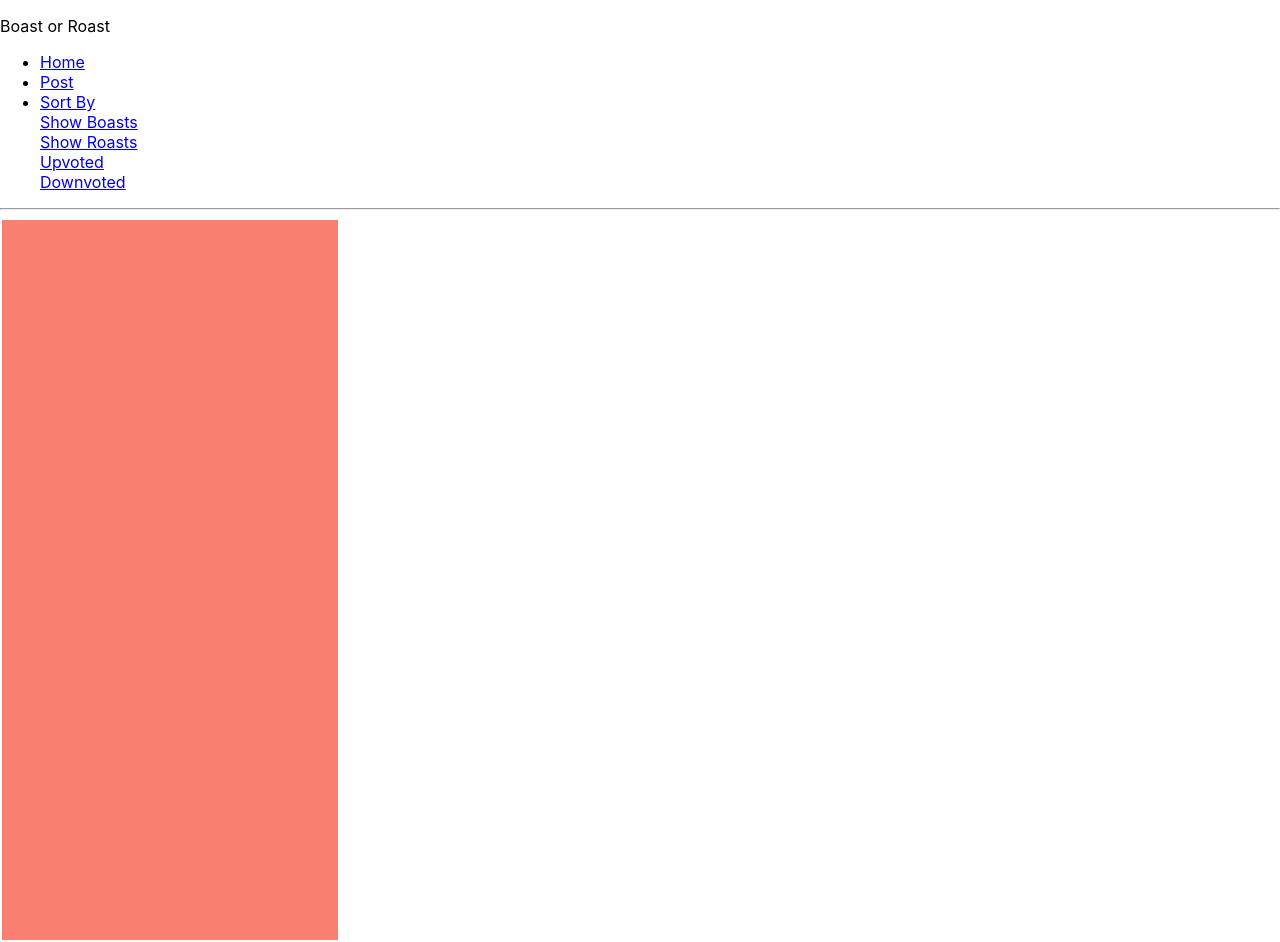
Repository: Imraj423/GhostPost_front-end
Page: /
The author's editor kept a copy of each file at every save. The page is drawn from the files as they stood at one save, then again after the next save.
The browser window is 1280 px wide. The pictures show the whole page.
The page's requests for data from a server got no answer. The project was rebuilt for these pictures with package versions that can differ from the ones it lists, and the page was loaded fresh each time. No one was signed in, and anything a server would have sent is missing. Also part of the build but not shown: src/components/CreatePost/post.js, src/components/Form/form.js.

Above is the page before, as saved 2020-04-03 10:07:43.

### src/App.js
import React, { Component } from "react";
import PostList from "./components/PostView/postlist";
import Form from "./components/Form/form";
import Main from "./components/Home/main";
import { Route } from "react-router-dom";

class App extends Component {
  state = {
    ghostpost: [],
    input: "",
    boast: ""
  };
  componentDidMount() {
    fetch("http://localhost:8000/api/ghostpost/")
      .then(res => {
        return res.json();
      })
      .then(data => {
        this.setState({ ghostpost: data });
      });
  }

  handleChange = event => {
    this.setState({ input: event.target.value });
  };

  render() {
    return (
      <React.Fragment>
        <Route exact path="/" render={() => <Main />} />
        <Route exact path="/form" render={() => <Form />} />

        <Route
          exact
          path="/boasts"
          render={() => (
            <PostList
              ghostpost={this.state.ghostpost.filter(
                posts => posts.is_Boast === true
              )}
            />
          )}
        />

        <Route
          exact
          path="/roasts"
          render={() => (
            <PostList
              ghostpost={this.state.ghostpost.filter(
                posts => posts.is_Boast === false
              )}
            />
          )}
        />

        <Route
          exact
          path="/upvotes"
          render={() => (
            <PostList
              ghostpost={this.state.ghostpost.sort((x, y) => {
                return y.total_count - x.total_count;
              })}
            />
          )}
        />

        <Route
          exact
          path="/downvotes"
          render={() => (
            <PostList
              ghostpost={this.state.ghostpost.sort((x, y) => {
                return x.total_count - y.total_count;
              })}
            />
          )}
        />
      </React.Fragment>
    );
  }
}

export default App;

### src/components/PostView/postlist.js
import React, { Component } from 'react';
import Post from '../CreatePost/post';
import Navi from '../NavBar/nav';
import { Container, Card } from 'react-bootstrap';
import './styles.scss'


export default class PostList extends Component {

    render() {
        return (
            <Container >
                <Navi />
                <Card className="box">
                <Card.Body>
                {this.props.ghostpost.map(messages =>
                    <Post
                    id={messages.id}
                    message={messages.message}
                    time={messages.time}
                    total_count={messages.total_count}
                    />
                )}
                </Card.Body>
                </Card>

            </Container>
        )
    }
}

### src/components/Home/main.js
import React from 'react';
import PostList from "../PostView/postlist";

export default class Main extends React.Component {
      state = {
            ghostpost: [],
            input: "",
            boast: ""
          };
          componentDidMount() {
              fetch("http://localhost:8000/api/ghostpost/")
                .then(res => {
                    return res.json();
                  })
                  .then(data => {
                      this.setState({ ghostpost: data });
                    });
                }

                handleChange = event => {
                    this.setState({ input: event.target.value });
                  };
            render() {
          return(
              <React.Fragment>
              <PostList ghostpost ={this.state.ghostpost}/>
              </React.Fragment>
          )
      }
    }

### src/components/NavBar/nav.js
// import React from "react";

// export default function NavPage() {

//     return (
//       <div>
//         <ul>
//           <li>
//             <a href="/">Home</a>
//           </li>
//           <li>
//             <a href="/form">Post a Boast or a Roast</a>
//           </li>
//           <li>
//             <a href="/boasts">All the Boasts</a>
//           </li>
//           <li>
//             <a href="/roasts">All the Roast</a>
//           </li>
//           <li>
//             <a href="/upvotes">Top Voted</a>
//           </li>
//           <li>
//             <a href="/downvotes">Most Downvoted</a>
//           </li>
//         </ul>
//       </div>
//     );
//   }


import React, { useState } from "react";
import {
  Nav,
  NavItem,
  NavLink,
  Dropdown,
  DropdownItem,
  dropdownOpen,
  DropdownToggle,
  DropdownMenu
} from "reactstrap";

const Navi = props => {
  const [dropdownOpen, setDropdownOpen] = useState(false);

  const toggle = () => setDropdownOpen(prevState => !prevState);
  return (
    <div>
      <p>Boast or Roast</p>
      <Nav>
        <NavItem>
          <NavLink href="/">Home</NavLink>
        </NavItem>
        <NavItem>
          <NavLink href="forms">Post</NavLink>
        </NavItem>
        <Dropdown nav isOpen={dropdownOpen} toggle={toggle}>
          <DropdownToggle nav caret>
            Sort By
          </DropdownToggle>
          <DropdownMenu>
            <div>
              <NavLink href="/boasts">Show Boasts</NavLink>
            </div>
            <div>
              <NavLink href="/roasts">Show Roasts</NavLink>
            </div>
            <div>
              <NavLink href="/upvotes">Upvoted</NavLink>
            </div>
            <div>
              <NavLink href="/downvotes">Downvoted</NavLink>
            </div>
          </DropdownMenu>
        </Dropdown>
      </Nav>
      <hr />
    </div>
  );
};

export default Navi;

### src/components/PostView/styles.scss
// .box {
//     background: #2B2B2B;
//     padding: 32px;
//     border: 1px solid black;
// }

.box {
    border: solid 2px white;
    padding: 40px;
    height: calc(100vh - 80px);
    width: 20vw;
    min-height: 100px;
    background: salmon;
}

Loaded but not shown: public/index.html (common file); src/index.js (common file); src/index.css (common file); src/serviceWorker.js (common file)

After the next save:
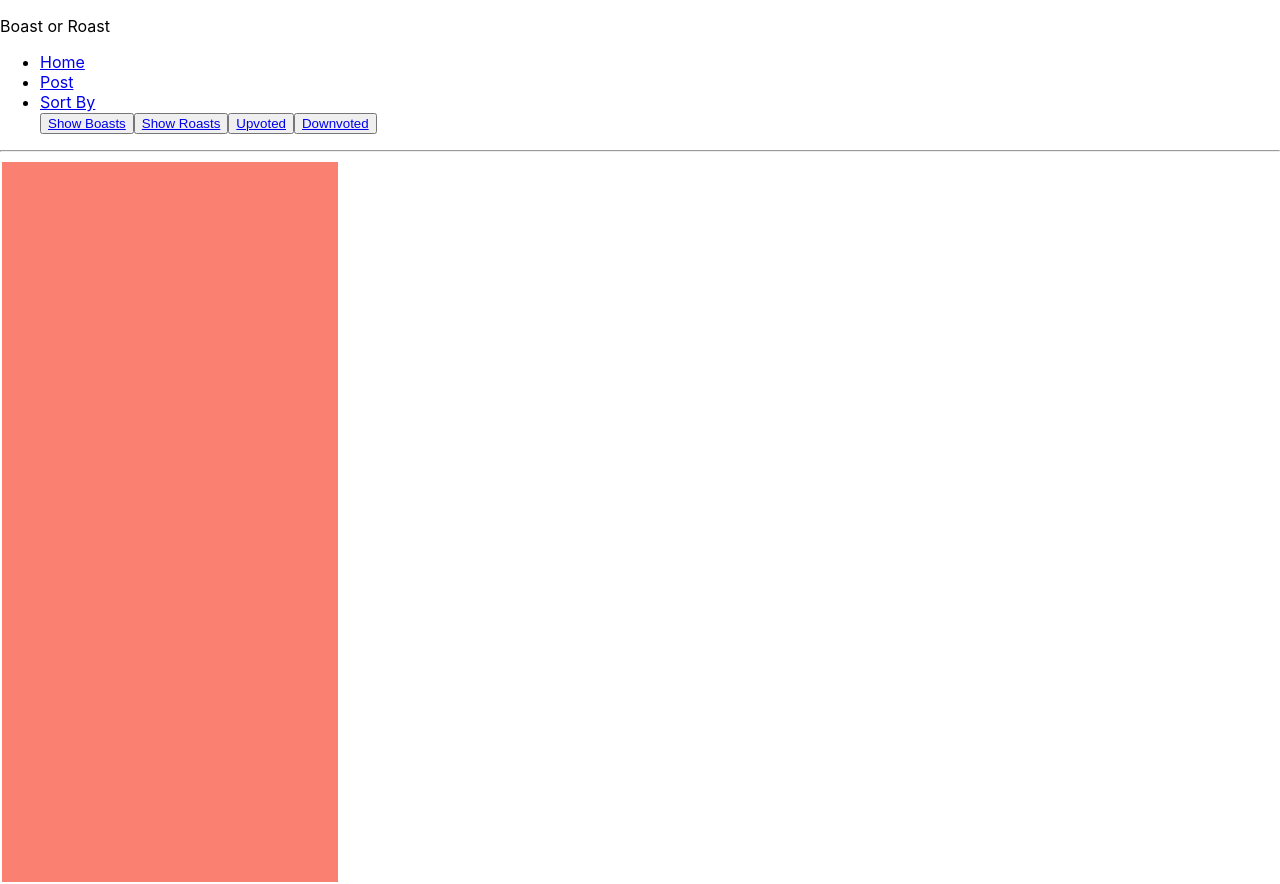
Saved 110 s later.
--- a/src/components/NavBar/nav.js
+++ b/src/components/NavBar/nav.js
@@ -60,18 +60,18 @@ const Navi = props => {
             Sort By
           </DropdownToggle>
           <DropdownMenu>
-            <div>
+            <DropdownItem>
               <NavLink href="/boasts">Show Boasts</NavLink>
-            </div>
-            <div>
+            </DropdownItem>
+            <DropdownItem>
               <NavLink href="/roasts">Show Roasts</NavLink>
-            </div>
-            <div>
+            </DropdownItem>
+            <DropdownItem>
               <NavLink href="/upvotes">Upvoted</NavLink>
-            </div>
-            <div>
+            </DropdownItem>
+            <DropdownItem>
               <NavLink href="/downvotes">Downvoted</NavLink>
-            </div>
+            </DropdownItem>
           </DropdownMenu>
         </Dropdown>
       </Nav>
